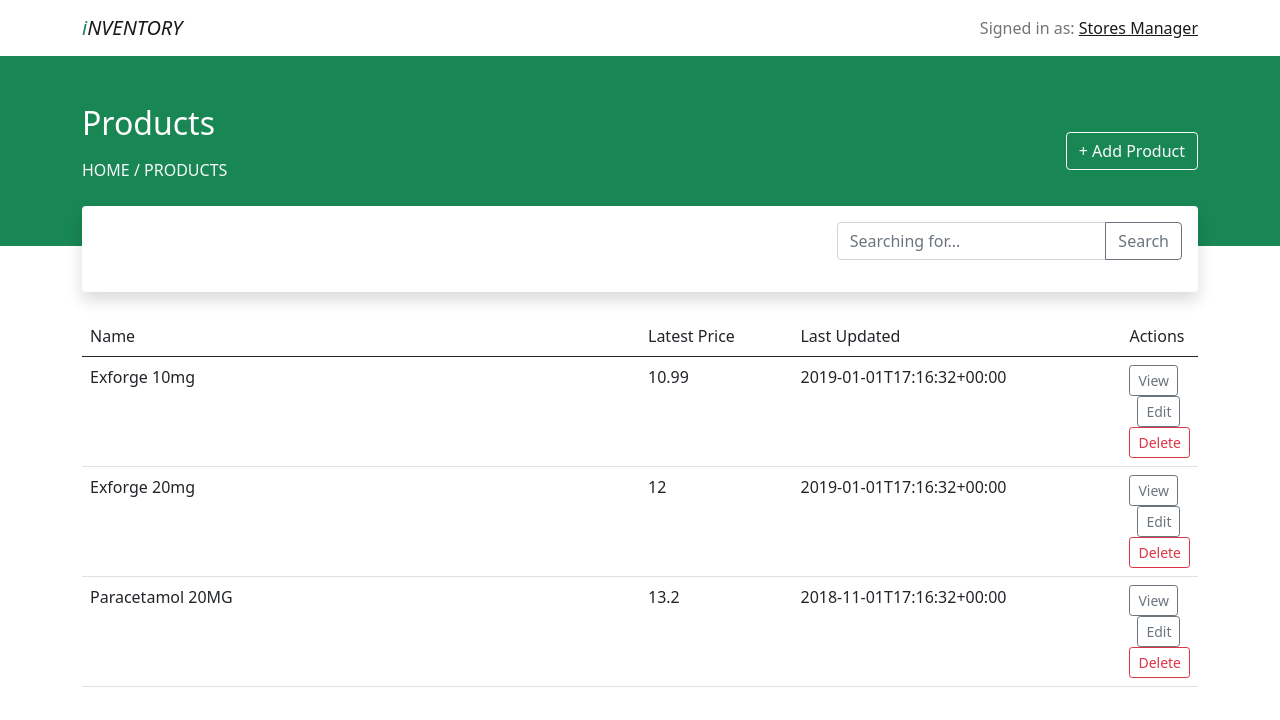
Repository: tHEO2k17/inventory-manager
Page: /
The author's editor kept a copy of each file at every save. The page is drawn from the files as they stood at one save, then again after a run of saves.
The browser window is 1280 px wide. The pictures show the whole page.
The project was rebuilt for these pictures with package versions that can differ from the ones it lists, and the page was loaded fresh each time.

Above is the page before, as saved 2021-08-31 09:34:34.

### src/index.tsx
import React from 'react';
import ReactDOM from 'react-dom';
import './index.scss';
import App from './presentation/App';

ReactDOM.render(
  <React.StrictMode>
    <App />
  </React.StrictMode>,
  document.getElementById('root')
);

### src/index.scss
@import '~bootstrap/scss/bootstrap.scss';

.mtn-40{
    margin-top: -40px;
}

### src/presentation/App.tsx
import ProductsPage from './pages/ProductsPage';

export default function App() {
  return ( <ProductsPage/> );
}

### src/presentation/pages/ProductsPage.tsx
import { Component } from "react"
import { Button, Card, Col, Container, FormControl, InputGroup, Row, Table } from "react-bootstrap";
import { mock } from "../../core/mock";
import Banner from "../components/Banner";
import Product from "../components/Product";
import ProductForm from "../components/ProductForm";
import TopBar from "../components/TopBar";

export default class ProductsPage extends Component {
    // constructor(props: any) {
    //     super(props);
    // }

    render() {
        return (
            <>
                <TopBar />
                <Banner />
                <Container>
                    <Card className="mtn-40 border-0 shadow">
                        <Card.Body>
                            <Row>
                                <Col md="4" className="offset-8">
                                    <InputGroup className="mb-3">
                                        <FormControl
                                            placeholder="Searching for..."
                                            aria-label="Searching for..."
                                            aria-describedby="basic-addon2"
                                        />
                                        <Button variant="outline-secondary" id="button-addon2"> Search</Button>
                                    </InputGroup>
                                </Col>
                            </Row>
                        </Card.Body>
                    </Card>
                    {/* <ProductForm /> */}
                    <br />
                    <Table>
                        <thead>
                            <tr>
                                <td width="50%">Name</td>
                                <td>Latest Price</td>
                                <td>Last Updated</td>
                                <td width="5%">Actions</td>
                            </tr>
                        </thead>
                        <tbody>
                            {
                                mock.products.map(product => <Product key={product.id} product={product} />)
                            }
                        </tbody>
                    </Table>
                </Container>
            </>
        );
    }
}

### src/core/mock.ts
export const mock = {
    "products": [
        {
            "id": 1,
            "name": "Exforge 10mg",
            "prices": [
                {
                    "id": 1,
                    "price": 10.99,
                    "date": "2019-01-01T17:16:32+00:00"
                },
                {
                    "id": 2,
                    "price": 9.20,
                    "date": "2018-11-01T17:16:32+00:00"
                }
            ]
        },
        {
            "id": 2,
            "name": "Exforge 20mg",
            "prices": [
                {
                    "id": 3,
                    "price": 12.00,
                    "date": "2019-01-01T17:16:32+00:00"
                },
                {
                    "id": 4,
                    "price": 13.20,
                    "date": "2018-11-01T17:16:32+00:00"
                }
            ]
        },
        {
            "id": 3,
            "name": "Paracetamol 20MG",
            "prices": [
                {
                    "id": 5,
                    "price": 5.00,
                    "date": "2017-01-01T17:16:32+00:00"
                },
                {
                    "id": 6,
                    "price": 13.20,
                    "date": "2018-11-01T17:16:32+00:00"
                }
            ]
        }
    ]
};

### src/presentation/components/Banner.tsx
import { Button, Col, Container, Row } from "react-bootstrap";

const Banner = () => {
    return (
        <section className="bg-success">
            <Container className="py-5 text-white">
                <Row className="align-items-center">
                    <Col>
                        <h2>Products</h2>
                        <p className="text-light mt-3 fw-light fs-6">HOME / PRODUCTS</p>
                    </Col>
                    <Col>
                        <Button variant="outline-light" className="float-end">+ Add Product</Button>
                    </Col>
                </Row>
            </Container>
        </section>
    );
}

export default Banner;

### src/presentation/components/Product.tsx
import { Button } from "react-bootstrap"
import moment from 'moment';

const Product = ({ product }: ProductProps) => {

    const findLatestPriceInfo = (prices: any[]): any => {
        return prices.reduce(
            (acc: any, value: any) =>
                moment(acc.date).isAfter(value.date)
                    ? acc
                    : value
        );
    }

    return (
        <tr>
            <td>{product.name}</td>
            <td>{findLatestPriceInfo(product.prices).price}</td>
            <td>{findLatestPriceInfo(product.prices).date}</td>
            <td>
                <Button size="sm" variant="outline-secondary">View</Button>
                <Button size="sm" variant="outline-secondary" className="mx-2">Edit</Button>
                <Button size="sm" variant="outline-danger">Delete</Button>
            </td>
        </tr>
    );

}

export default Product;

type ProductProps = {
    key: any,
    product: any
}

### src/presentation/components/TopBar.tsx
import { Container, Navbar } from "react-bootstrap";

const TopBar = () => {
    return (
        <Navbar>
            <Container>
                <Navbar.Brand href="#home" className="fst-italic"><span className="text-success">i</span>NVENTORY</Navbar.Brand>
                <Navbar.Toggle />
                <Navbar.Collapse className="justify-content-end">
                    <Navbar.Text>
                        Signed in as: <a href="#login">Stores Manager</a>
                    </Navbar.Text>
                </Navbar.Collapse>
            </Container>
        </Navbar>
    );
}

export default TopBar;

Loaded but not shown: public/index.html (common file)

After the next 2 saves:
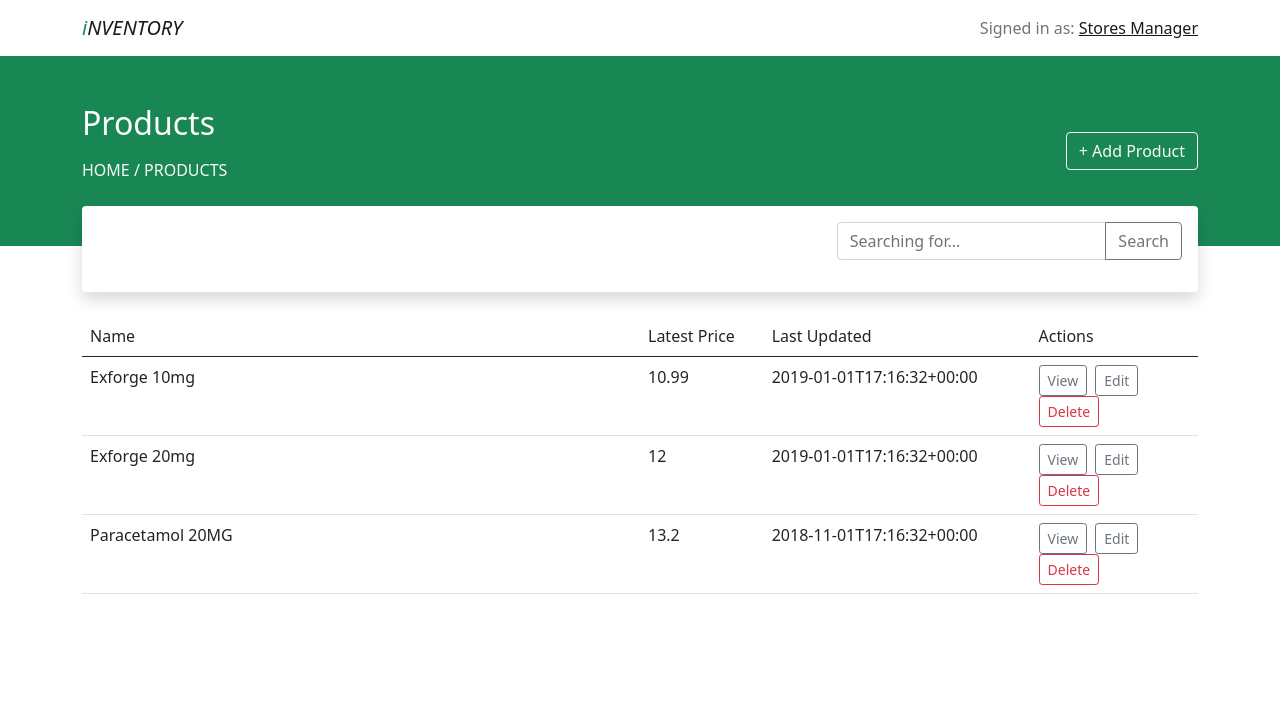
The 2 saves are shown as one change because they came seconds apart.
The last was saved 7 s later.
--- a/src/presentation/pages/ProductsPage.tsx
+++ b/src/presentation/pages/ProductsPage.tsx
@@ -41,7 +41,7 @@ export default class ProductsPage extends Component {
                                 <td width="50%">Name</td>
                                 <td>Latest Price</td>
                                 <td>Last Updated</td>
-                                <td width="5%">Actions</td>
+                                <td width="15%">Actions</td>
                             </tr>
                         </thead>
                         <tbody>
